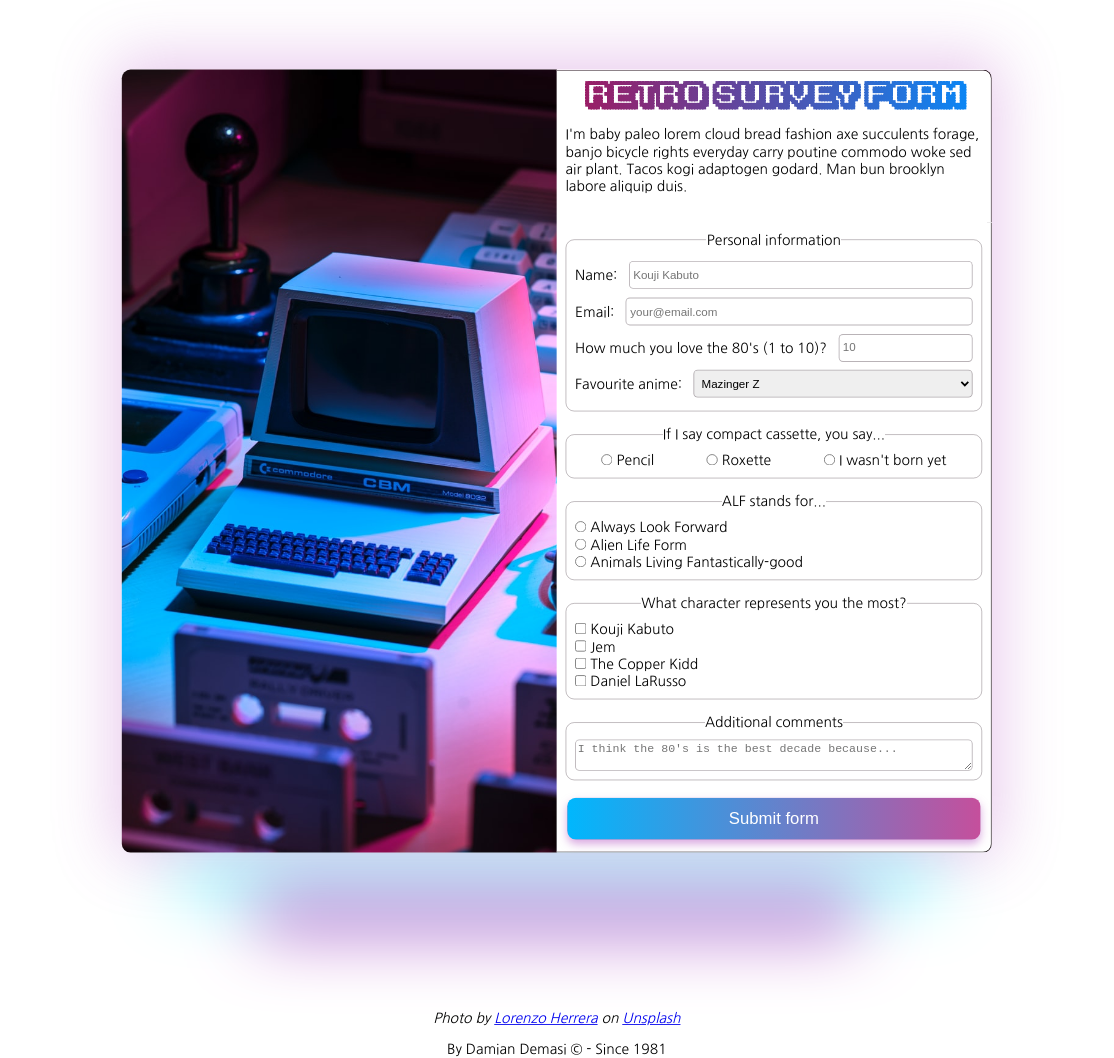
Repository: Colo-Codes/freecodecamp-02-Build-a-Survey-Form
Page: index.html
These files come from the project's save history. The page is drawn as it stood at one moment and after the next save; the edit follows.
The browser window is 1280 px wide. The pictures show the whole page, at 87% of full size.

Above is the page before, as saved 2021-05-19 08:57:29.

After the next save:
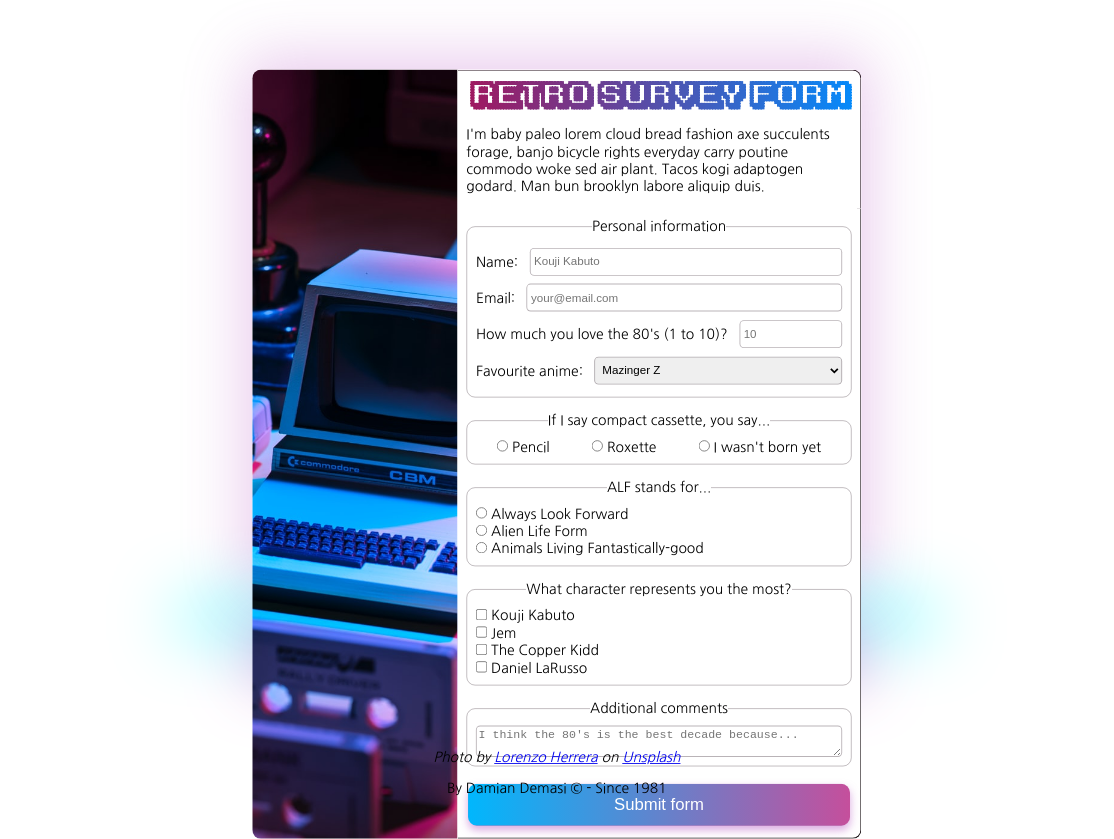
Saved 91 s later.
--- a/resources/css/index.css
+++ b/resources/css/index.css
@@ -20,6 +20,12 @@ html {
     #grid-container {
         width: 1000px; /* TODO media query */
         height: 900px; /* TODO media query */
+    }
+}
+@media screen and (min-width: 750px) {
+    #grid-container {
+        width: 700px; /* TODO media query */
+        height: 600px; /* TODO media query */
     }
 }
 
